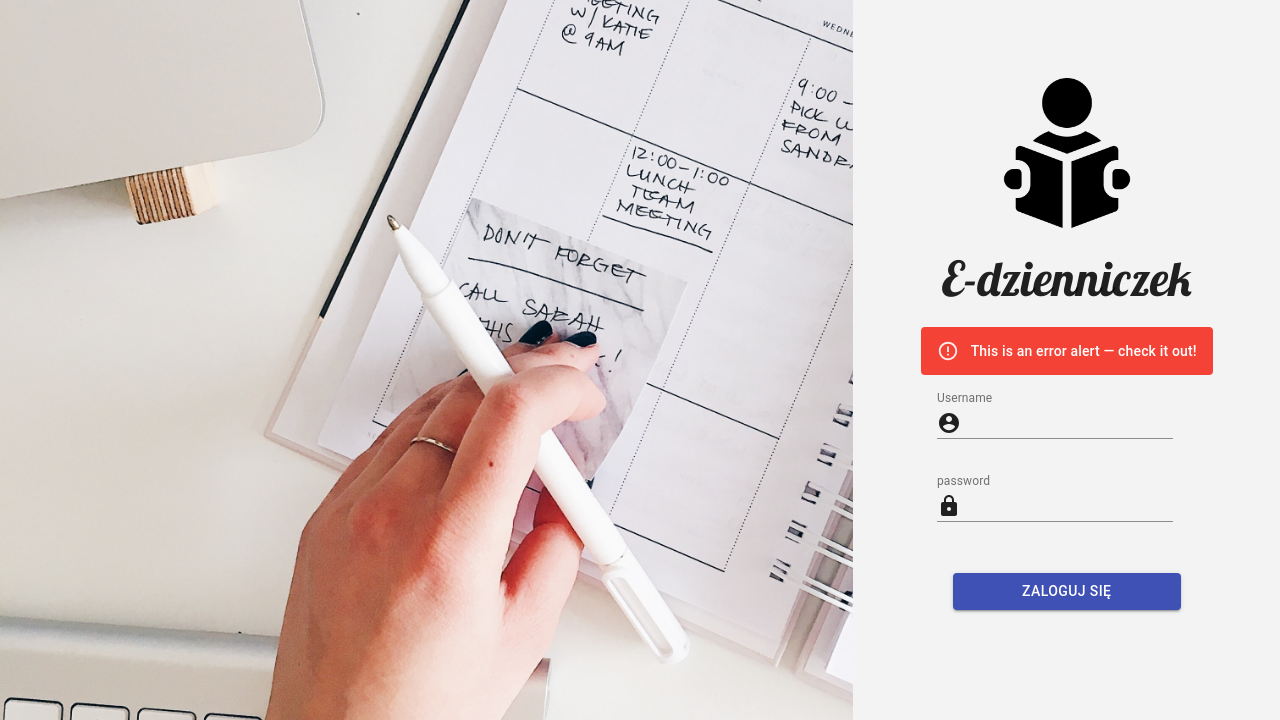
Repository: dominik3131/E-dzienniczek
Page: /
The author's editor kept a copy of each file at every save. The page is drawn from the files as they stood at one save, then again after a run of saves.
The browser window is 1280 px wide. The pictures show the whole page.
The project was rebuilt for these pictures with package versions that can differ from the ones it lists, and the page was loaded fresh each time. Also part of the build but not shown: src/containers/LoginPageContainer/MainUserPageContainer/index.js.

Above is the page before, as saved 2020-11-18 00:36:51.

After the next 3 saves:
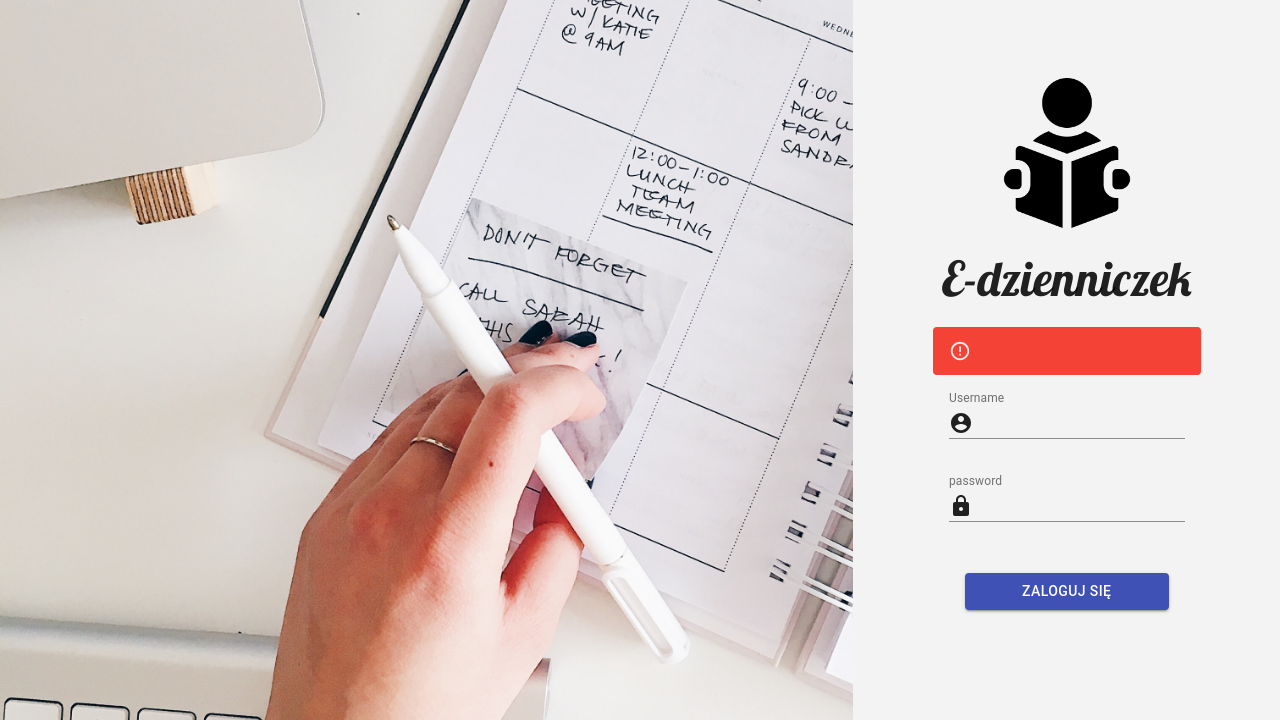
The 3 saves are shown as one change because 2 did not build or start.
The last was saved 98 s later.
--- a/src/components/LoginForm/LoginForm.js
+++ b/src/components/LoginForm/LoginForm.js
@@ -26,14 +26,14 @@ const LoginForm = ({ validateErrors, tryLogin, showErrors }) => {
     username: "",
     password: "",
   });
-  const apiErrorsMessage = useSelector((store) => store.message);
+  const apiErrorsMessage = useSelector((store) => store.message.message);
   const handleChange = (e) =>
     setData({ ...data, [e.target.name]: e.target.value });
   const classes = useStyles();
   return (
     <form className={classes.root} noValidate autoComplete="off">
       <Alert variant="filled" severity="error">
-        This is an error alert — check it out!
+        {apiErrorsMessage || null}
       </Alert>
       <TextField
         id="username"
